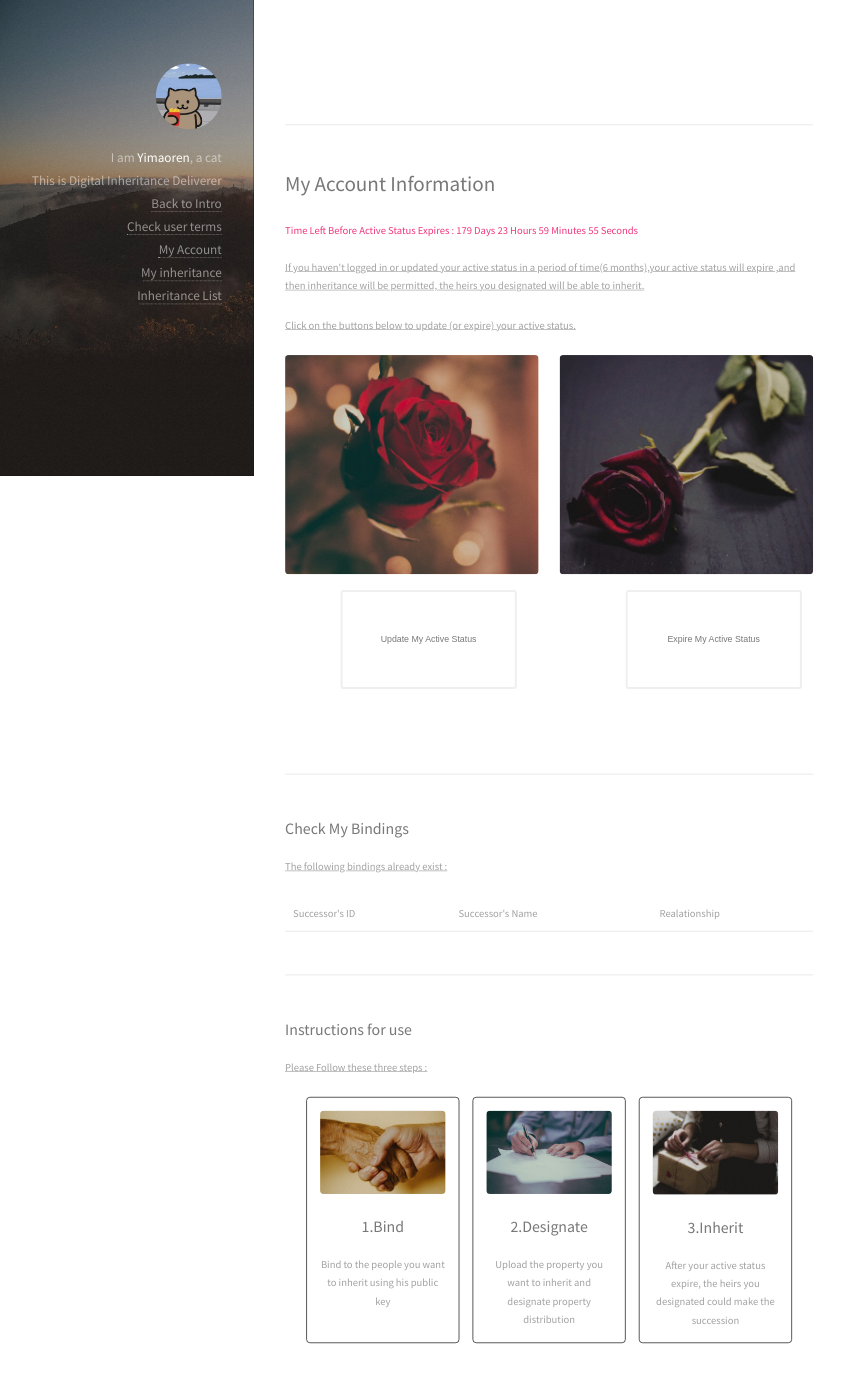
Repository: 1mocat/DID-blockchain-project
Page: Digital_I_D/app/src/inher_list.html
The author's editor kept a copy of each file at every save. The page is drawn from the files as they stood at one save, then again after the next save.
The browser window is 1280 px wide. The page is 1315 px wide, so the pictures cover 1315 px, including what lies to the right of the window. The pictures show the whole page, at 66% of full size.

Above is the page before, as saved 2023-10-03 13:28:20.

### Digital_I_D/app/src/inher_list.html
<!DOCTYPE HTML>
<html>



<head>
	<title>Strata by HTML5 UP</title>
	<meta charset="utf-8" />
	<meta name="viewport" content="width=device-width, initial-scale=1, user-scalable=no" />
	<link rel="stylesheet" href="assets_account/css/main.css" />
	<style>
		#countdown {
			font-size: 16px;
			color: rgb(240, 55, 123);
		}

		.container {
			display: grid;
			/* 使用 grid 布局 */
			grid-template-columns: repeat(3, 1fr);
			/* 创建三列，均匀分布空间 */
			gap: 20px;
			/* 间隔大小 */
		}

		.box {
			padding: 20px;
			/* 内边距 */
			border: 1px solid #000;
			/* 边框样式 */
			text-align: center;
			/* 文本居中 */
		}

		.solid-line {
			border: none;
			border-top: 1px solid #000;
			/* 使用 dashed 边框样式和颜色 */
			margin: 0px;
			/* 设置上下间距 */
			height: 1px;
			/* 减小实线的高度 */
		}

		.content {
			padding: 20px;
		}

		.custom-button-left {
			margin-left: 100px;
			/* 添加右侧边距，根据需要调整间距大小 */
		}
		.custom-button-left {
			margin-right: 100px;
			/* 添加右侧边距，根据需要调整间距大小 */
		}
	</style>
</head>

<body class="is-preload">

	<!-- Header -->

	<header id="header">
		<div class="inner">
			<a href="#" class="image avatar"><img src="images/yimaoren.jpg" alt="" /></a>
			<h1>I am <strong>Yimaoren</strong>, a cat<br /></h1>
			<h1>This is Digital Inheritance Deliverer</h1>
			<h1><a href="index.html">Back to Intro</a></h1>
			<h1><a href="UserAgreement.html">Check user terms</a></h1>
			<h1><a href="myaccount.html">My Account</a></h1>
			<h1><a href="my_inher.html">My inheritance</a></h1>
			<h1><a href="inher_list.html">Inheritance List</a></h1>
		</div>
	</header>

	<!-- Main -->
	<div id="main">

		<!-- One -->
		<br>
		<section id="one" class="section-container">
			<header class="major">
				<h2>My Account Information</h2>
				<div id="countdown"></div>
				<script>
					// 目标日期：当前日期 + 30*6 天
					const targetDate = new Date();
					targetDate.setDate(targetDate.getDate() + 30 * 6);

					// 更新倒计时的函数
					function updateCountdown() {
						const currentDate = new Date();
						const timeDifference = targetDate - currentDate;

						if (timeDifference <= 0) {
							document.getElementById('countdown').innerHTML = '倒计时结束';
						} else {
							const days = Math.floor(timeDifference / (1000 * 60 * 60 * 24));
							const hours = Math.floor((timeDifference % (1000 * 60 * 60 * 24)) / (1000 * 60 * 60));
							const minutes = Math.floor((timeDifference % (1000 * 60 * 60)) / (1000 * 60));
							const seconds = Math.floor((timeDifference % (1000 * 60)) / 1000);

							const countdownText = `Time Left Before Active Status Expires : ${days} Days ${hours} Hours ${minutes} Minutes ${seconds} Seconds`;
							document.getElementById('countdown').innerHTML = countdownText;
						}
					}
					// 初始调用更新倒计时
					updateCountdown();
					// 每秒更新一次倒计时
					setInterval(updateCountdown, 1000);
				</script>
			</header>

			<p><br><u>If you haven't logged in or updated your active status in a period of time(6 months),your active
					status will expire ,and then inheritance will be permitted, the heirs you designated will be able to
					inherit.</u>
			</p>
			<p><u> Click on the buttons below to update (or expire) your active status. </u> </p>

			<div class="row">
				<article class="col-6 col-12-xsmall work-item">
					<a href="images/bloom.jpg" class="image fit thumb"><img src="images/bloom.jpg" alt="" /></a>
					<ul class="actions">
						<button onclick="" class="button custom-button-left">Update My Active Status</button>

					</ul>

				</article>
				<article class="col-6 col-12-xsmall work-item">
					<a href="images/wilt.jpg" class="image fit thumb"><img src="images/wilt.jpg" alt="" /></a>
					<button onclick="" class="button custom-button-left">Expire My Active Status</button>

				</article>
			</div>

		</section>
		<section id="two">

			<h2>Check My Bindings</h2>
			<p><u>The following bindings already exist :</u></p>
			<div class="table-margin">
				<table class="table table-bordered table-header">
					<thead>
						<tr>
							<td class="w15">Successor's ID</td>
							<td class="w15">Successor's Name</td>
							<td class="w15">Realationship</td>

						</tr>
					</thead>
					<tbody id="details"></tbody>
				</table>
			</div>
		</section>

		<!-- Three -->
		<section id="three">
			<h2>Instructions for use</h2>
			<p><u>Please Follow these three steps :</u></p>
			<div class="container">
				<div class="box">
					<a class="image fit"><img src="images/bind.jpg" title="Bind" alt="" /></a>
					<h2>1.Bind</h2>
					<p>Bind to the people you want to inherit using his public key</p>
				</div>
				<div class="box">
					<a class="image fit"><img src="images/assign.jpg" title="Designate" alt="" /></a>
					<h2>2.Designate</h2>
					<p>Upload the property you want to inherit and designate property distribution</p>
				</div>
				<div class="box">
					<a class="image fit"><img src="images/open.png" title="Inherit" alt="" /></a>
					<h2>3.Inherit</h2>
					<p>After your active status expire, the heirs you designated could make the succession</p>
				</div>
			</div>
		</section>



	</div>



	<!-- Scripts -->
	<script src="assets_account/js/jquery.min.js"></script>
	<script src="assets_account/js/jquery.poptrox.min.js"></script>
	<script src="assets_account/js/browser.min.js"></script>
	<script src="assets_account/js/breakpoints.min.js"></script>
	<script src="assets_account/js/util.js"></script>
	<script src="assets_account/js/main.js"></script>




</body>

</html>

Loaded but not shown: Digital_I_D/app/src/assets_account/js/jquery.min.js (library); Digital_I_D/app/src/assets_account/js/jquery.poptrox.min.js (library); Digital_I_D/app/src/assets_account/js/browser.min.js (common file); Digital_I_D/app/src/assets_account/js/breakpoints.min.js (common file); Digital_I_D/app/src/assets_account/css/fontawesome-all.min.css (library); Digital_I_D/app/src/assets_account/js/util.js (587 lines, source omitted); Digital_I_D/app/src/assets_account/js/main.js (117 lines, source omitted); Digital_I_D/app/src/assets_account/css/main.css (3221 lines, source omitted)

After the next save:
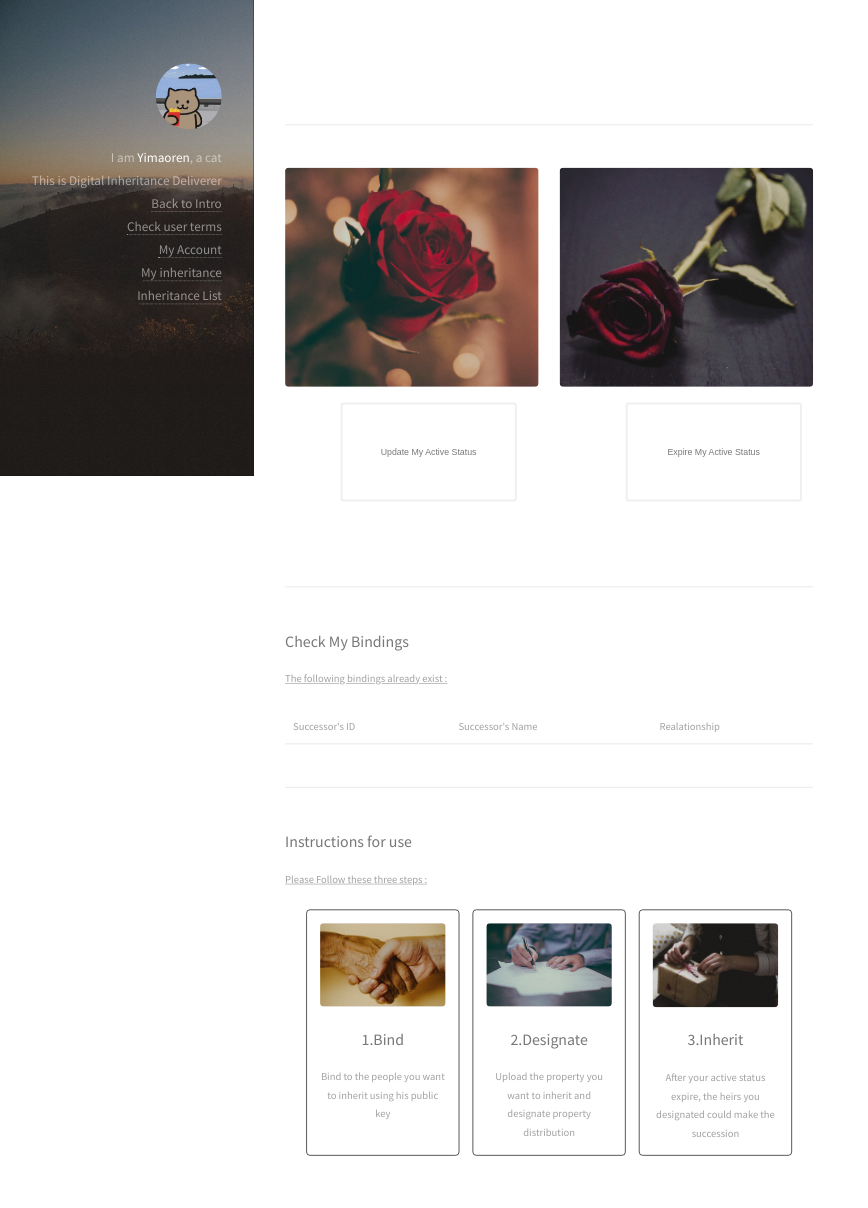
Saved 40 s later.
--- a/Digital_I_D/app/src/inher_list.html
+++ b/Digital_I_D/app/src/inher_list.html
@@ -80,43 +80,6 @@
 		<!-- One -->
 		<br>
 		<section id="one" class="section-container">
-			<header class="major">
-				<h2>My Account Information</h2>
-				<div id="countdown"></div>
-				<script>
-					// 目标日期：当前日期 + 30*6 天
-					const targetDate = new Date();
-					targetDate.setDate(targetDate.getDate() + 30 * 6);
-
-					// 更新倒计时的函数
-					function updateCountdown() {
-						const currentDate = new Date();
-						const timeDifference = targetDate - currentDate;
-
-						if (timeDifference <= 0) {
-							document.getElementById('countdown').innerHTML = '倒计时结束';
-						} else {
-							const days = Math.floor(timeDifference / (1000 * 60 * 60 * 24));
-							const hours = Math.floor((timeDifference % (1000 * 60 * 60 * 24)) / (1000 * 60 * 60));
-							const minutes = Math.floor((timeDifference % (1000 * 60 * 60)) / (1000 * 60));
-							const seconds = Math.floor((timeDifference % (1000 * 60)) / 1000);
-
-							const countdownText = `Time Left Before Active Status Expires : ${days} Days ${hours} Hours ${minutes} Minutes ${seconds} Seconds`;
-							document.getElementById('countdown').innerHTML = countdownText;
-						}
-					}
-					// 初始调用更新倒计时
-					updateCountdown();
-					// 每秒更新一次倒计时
-					setInterval(updateCountdown, 1000);
-				</script>
-			</header>
-
-			<p><br><u>If you haven't logged in or updated your active status in a period of time(6 months),your active
-					status will expire ,and then inheritance will be permitted, the heirs you designated will be able to
-					inherit.</u>
-			</p>
-			<p><u> Click on the buttons below to update (or expire) your active status. </u> </p>
 
 			<div class="row">
 				<article class="col-6 col-12-xsmall work-item">
